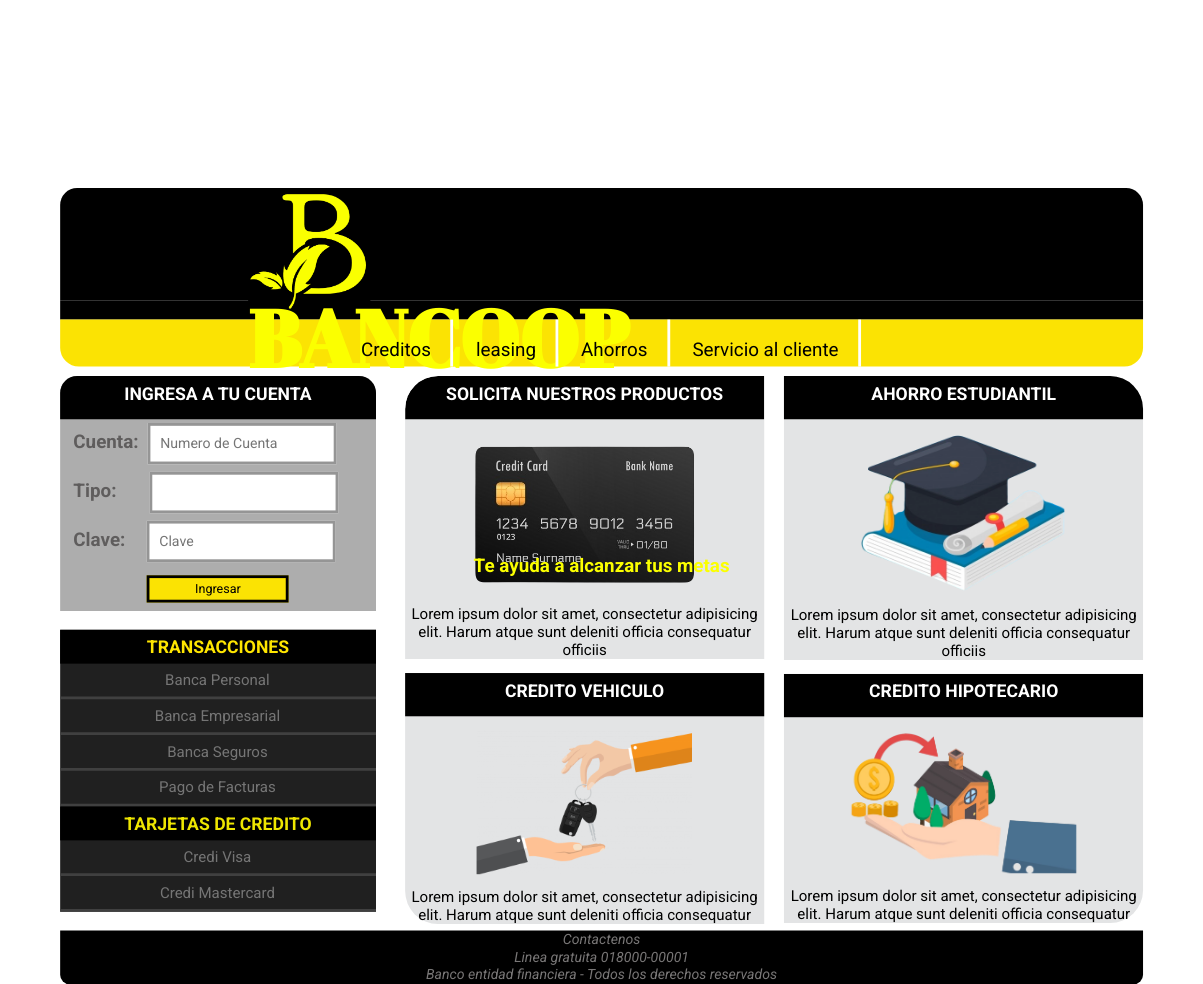
Repository: NickArregoces/BANCOOP
Page: Index.html
These files come from the project's save history. The page is drawn as it stood at one moment and after the next save; the edit follows.
The browser window is 1280 px wide. The pictures show the whole page, at 94% of full size.

Above is the page before, as saved 2021-10-08 21:49:39.

After the next save:
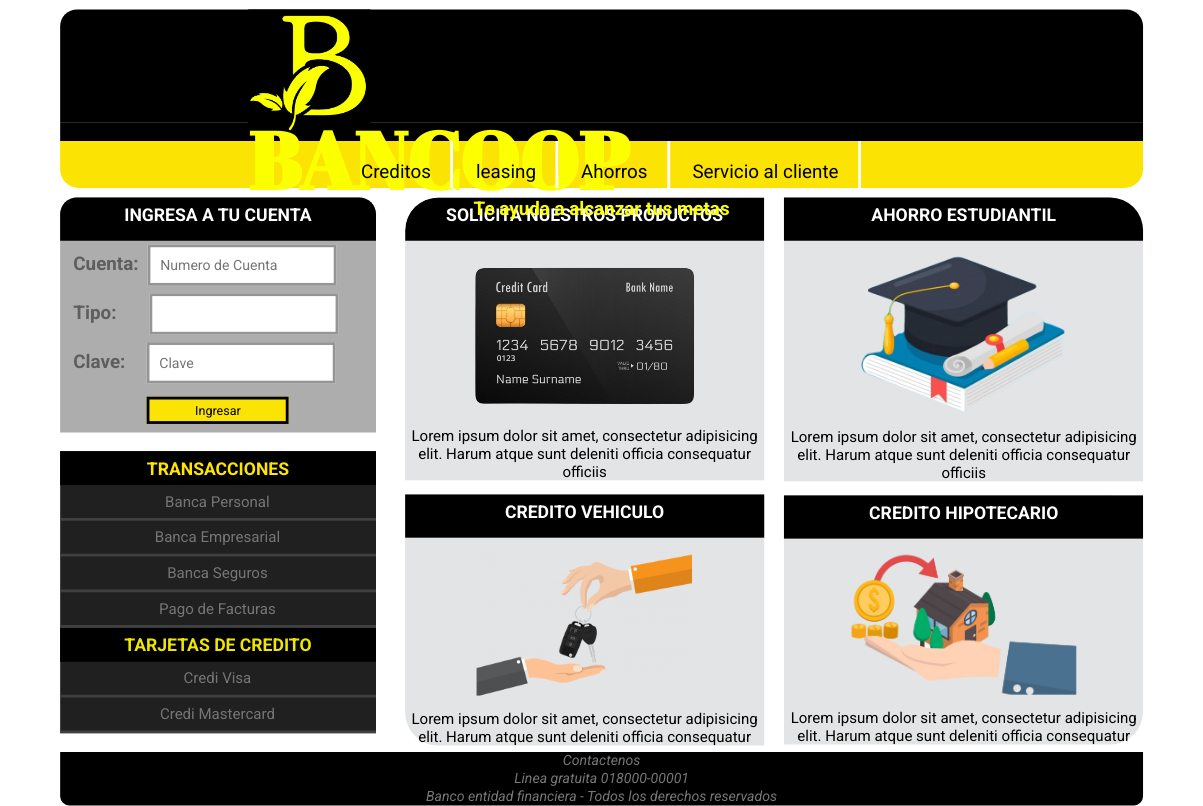
Saved 10 s later.
--- a/CSS/Style.css
+++ b/CSS/Style.css
@@ -26,7 +26,7 @@ header{
     }
     header .title h1{
         width: 400px;
-        margin: 200px;
+        margin-left: 200px;
         font-family: 'Abril Fatface', cursive;
         font-size: 85px;
         text-align: center;
